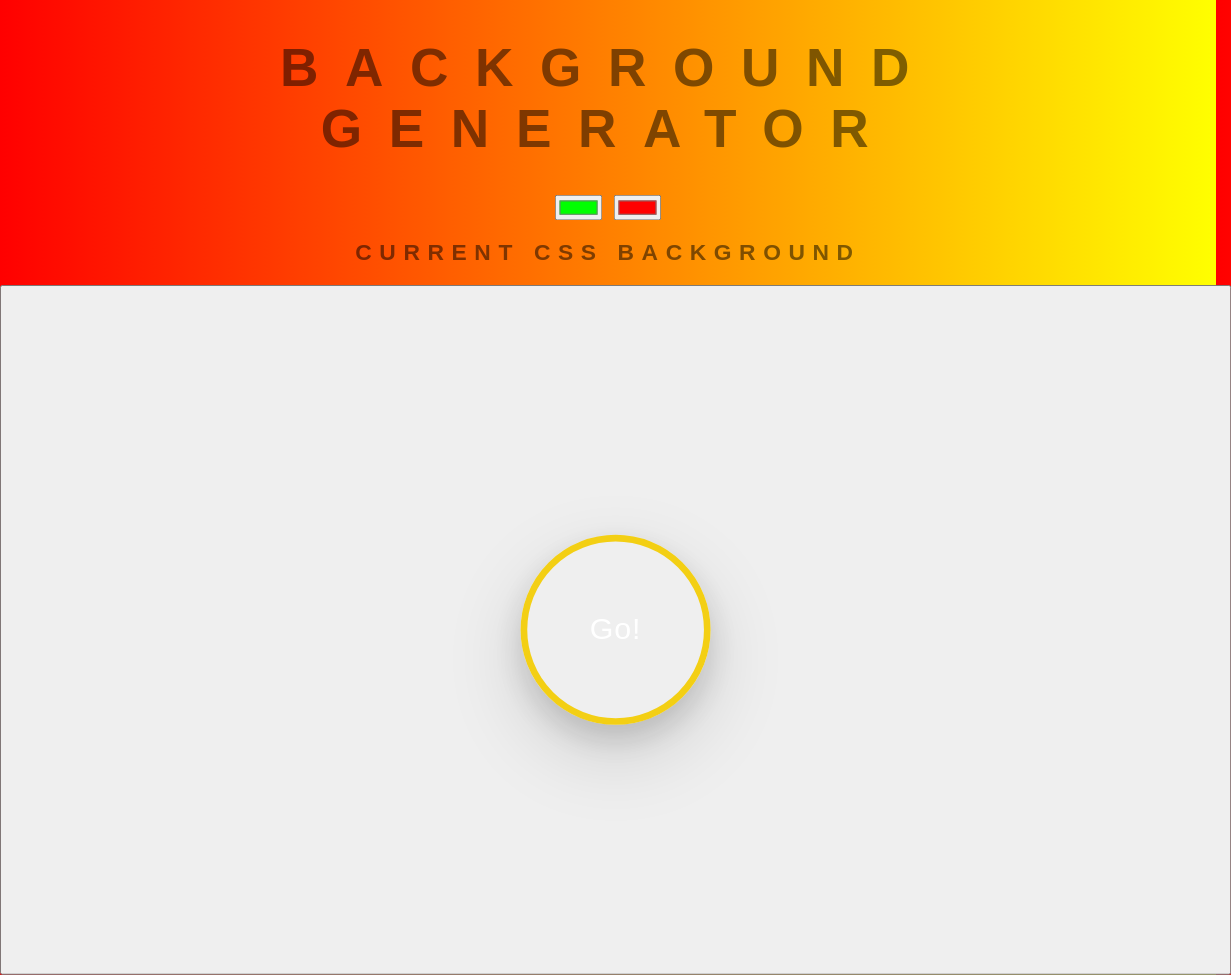
Repository: blgest/background-generator
Page: index.html
These files come from the project's save history. The page is drawn as it stood at one moment and after the next save; the edit follows.
The browser window is 1280 px wide. The page is 1296 px wide, then 1280 px, so the pictures cover 1296 px, including what lies to the right of the window. The pictures show the whole page, at 95% of full size.

Above is the page before, as saved 2020-02-09 10:34:02.
Console error: TypeError: Cannot read properties of null (reading 'style')

### index.html
<!DOCTYPE html>
<html>

<head>
	<title>Gradient Background</title>
	<link rel="stylesheet" type="text/css" href="style.css">
</head>

<body id="gradient random">
	<h1>Background Generator</h1>
	<input class="color1" type="color" name="color1" value="#00ff00">
	<input class="color2" type="color" name="color2" value="#ff0000">
	<h2>Current CSS Background</h2>
	<h3></h3>
	<!-- <h3><button id="random">Random</button></h3> -->

	<button id="random">
		<div id="wrapper">
			<a href="#" class="my-super-cool-btn">
				<div class="dots-container">
					<div class="dot"></div>
					<div class="dot"></div>
					<div class="dot"></div>
					<div class="dot"></div>
				</div>
				<span>Go!</span>
			</a>
		</div>
	</button>
	<script type="text/javascript" src="script.js"></script>
</body>

</html>

### style.css
body {
  font: "Raleway", sans-serif;
  color: rgba(0, 0, 0, 0.5);
  text-align: center;
  text-transform: uppercase;
  letter-spacing: 0.5em;
  top: 15%;
  background: linear-gradient(to right, red, yellow); /* Standard syntax */
}

h1 {
  font: 600 3.5em "Raleway", sans-serif;
  color: rgba(0, 0, 0, 0.5);
  text-align: center;
  text-transform: uppercase;
  letter-spacing: 0.5em;
  width: 100%;
}

h3 {
  font: 900 1em "Raleway", sans-serif;
  color: rgba(0, 0, 0, 0.5);
  text-align: center;
  text-transform: none;
  letter-spacing: 0.01em;
}

@import url("https://fonts.googleapis.com/css?family=Montserrat:900");

body {
  margin: 0;
  padding: 0;
  background-color: #292929;
  font-family: "Montserrat", sans-serif;
}
#wrapper {
  width: 100vw;
  height: 100vh;
  box-sizing: border-box;
  display: flex;
  align-items: center;
  justify-content: center;
}
.my-super-cool-btn {
  position: relative;
  text-decoration: none;
  color: #fff;
  letter-spacing: 1px;
  font-size: 2rem;
  box-sizing: border-box;
}
.my-super-cool-btn span {
  position: relative;
  box-sizing: border-box;
  display: flex;
  align-items: center;
  justify-content: center;
  width: 200px;
  height: 200px;
}
.my-super-cool-btn span:before {
  content: "";
  width: 100%;
  height: 100%;
  display: block;
  position: absolute;
  border-radius: 100%;
  border: 7px solid #f3cf14;
  box-sizing: border-box;
  transition: all 0.85s cubic-bezier(0.25, 1, 0.33, 1);
  box-shadow: 0 30px 85px rgba(0, 0, 0, 0.14), 0 15px 35px rgba(0, 0, 0, 0.14);
}
.my-super-cool-btn:hover span:before {
  transform: scale(0.8);
  box-shadow: 0 20px 55px rgba(0, 0, 0, 0.14), 0 15px 35px rgba(0, 0, 0, 0.14);
}
.my-super-cool-btn .dots-container {
  opacity: 0;
  animation: intro 1.6s;
  animation-fill-mode: forwards;
}
.my-super-cool-btn .dot {
  width: 8px;
  height: 8px;
  display: block;
  background-color: #f3cf14;
  border-radius: 100%;
  position: absolute;
  transition: all 0.85s cubic-bezier(0.25, 1, 0.33, 1);
}
.my-super-cool-btn .dot:nth-child(1) {
  top: 50px;
  left: 50px;
  transform: rotate(-140deg);
  animation: swag1-out 0.3s;
  animation-fill-mode: forwards;
  opacity: 0;
}
.my-super-cool-btn .dot:nth-child(2) {
  top: 50px;
  right: 50px;
  transform: rotate(140deg);
  animation: swag2-out 0.3s;
  animation-fill-mode: forwards;
  opacity: 0;
}
.my-super-cool-btn .dot:nth-child(3) {
  bottom: 50px;
  left: 50px;
  transform: rotate(140deg);
  animation: swag3-out 0.3s;
  animation-fill-mode: forwards;
  opacity: 0;
}
.my-super-cool-btn .dot:nth-child(4) {
  bottom: 50px;
  right: 50px;
  transform: rotate(-140deg);
  animation: swag4-out 0.3s;
  animation-fill-mode: forwards;
  opacity: 0;
}
.my-super-cool-btn:hover .dot:nth-child(1) {
  animation: swag1 0.3s;
  animation-fill-mode: forwards;
}
.my-super-cool-btn:hover .dot:nth-child(2) {
  animation: swag2 0.3s;
  animation-fill-mode: forwards;
}
.my-super-cool-btn:hover .dot:nth-child(3) {
  animation: swag3 0.3s;
  animation-fill-mode: forwards;
}
.my-super-cool-btn:hover .dot:nth-child(4) {
  animation: swag4 0.3s;
  animation-fill-mode: forwards;
}
@keyframes intro {
  0% {
    opacity: 0;
  }
  100% {
    opacity: 1;
  }
}
@keyframes swag1 {
  0% {
    top: 50px;
    left: 50px;
    width: 8px;
  }
  50% {
    width: 30px;
    opacity: 1;
  }
  100% {
    top: 20px;
    left: 20px;
    width: 8px;
    opacity: 1;
  }
}
@keyframes swag1-out {
  0% {
    top: 20px;
    left: 20px;
    width: 8px;
  }
  50% {
    width: 30px;
    opacity: 1;
  }
  100% {
    top: 50px;
    left: 50px;
    width: 8px;
    opacity: 0;
  }
}
@keyframes swag2 {
  0% {
    top: 50px;
    right: 50px;
    width: 8px;
  }
  50% {
    width: 30px;
    opacity: 1;
  }
  100% {
    top: 20px;
    right: 20px;
    width: 8px;
    opacity: 1;
  }
}
@keyframes swag2-out {
  0% {
    top: 20px;
    right: 20px;
    width: 8px;
  }
  50% {
    width: 30px;
    opacity: 1;
  }
  100% {
    top: 50px;
    right: 50px;
    width: 8px;
    opacity: 0;
  }
}
@keyframes swag3 {
  0% {
    bottom: 50px;
    left: 50px;
    width: 8px;
  }
  50% {
    width: 30px;
    opacity: 1;
  }
  100% {
    bottom: 20px;
    left: 20px;
    width: 8px;
    opacity: 1;
  }
}
@keyframes swag3-out {
  0% {
    bottom: 20px;
    left: 20px;
    width: 8px;
  }
  50% {
    width: 30px;
    opacity: 1;
  }
  100% {
    bottom: 50px;
    left: 50px;
    width: 8px;
    opacity: 0;
  }
}
@keyframes swag4 {
  0% {
    bottom: 50px;
    right: 50px;
    width: 8px;
  }
  50% {
    width: 30px;
    opacity: 1;
  }
  100% {
    bottom: 20px;
    right: 20px;
    width: 8px;
    opacity: 1;
  }
}
@keyframes swag4-out {
  0% {
    bottom: 20px;
    right: 20px;
    width: 8px;
  }
  50% {
    width: 30px;
    opacity: 1;
  }
  100% {
    bottom: 50px;
    right: 50px;
    width: 8px;
    opacity: 0;
  }
}

### script.js
var css = document.querySelector("h3");
var color1 = document.querySelector(".color1");
var color2 = document.querySelector(".color2");
var body = document.getElementById("gradient");
var randdom = document.getElementById("random");

function generateRandomBackground(){
	color1.value = generateColor();
	color2.value = generateColor();
	setGradient();
}

function generateColor() {
	return "#"+Math.floor(Math.random()*16777215).toString(16);
}

function setGradient() {
	body.style.background =
		"linear-gradient(to right, "
		+ color1.value
		+ ", "
		+ color2.value
		+ ")";
	css.textContent = body.style.background + ";";
}

setGradient();

color1.addEventListener("input", setGradient);

color2.addEventListener("input", setGradient);

randdom.addEventListener("click", generateRandomBackground);

After the next save:
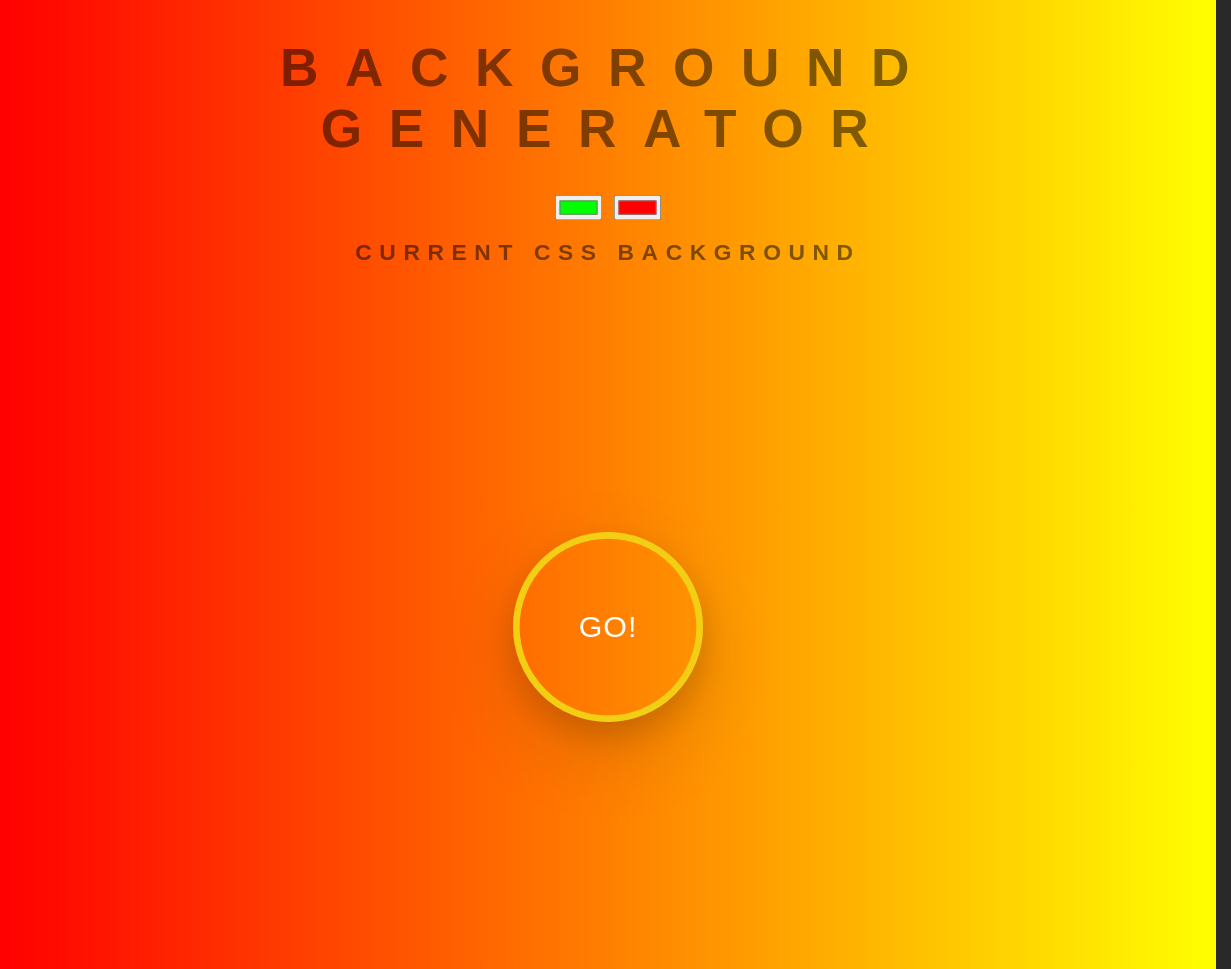
Saved 48 s later.
--- a/index.html
+++ b/index.html
@@ -14,19 +14,18 @@
 	<h3></h3>
 	<!-- <h3><button id="random">Random</button></h3> -->
 
-	<button id="random">
-		<div id="wrapper">
-			<a href="#" class="my-super-cool-btn">
-				<div class="dots-container">
-					<div class="dot"></div>
-					<div class="dot"></div>
-					<div class="dot"></div>
-					<div class="dot"></div>
-				</div>
-				<span>Go!</span>
-			</a>
-		</div>
-	</button>
+	<div id="wrapper">
+		<a href="#" class="my-super-cool-btn">
+			<div class="dots-container">
+				<div class="dot"></div>
+				<div class="dot"></div>
+				<div class="dot"></div>
+				<div class="dot"></div>
+			</div>
+			<span id="random">Go!</span>
+		</a>
+	</div>
+
 	<script type="text/javascript" src="script.js"></script>
 </body>
 
